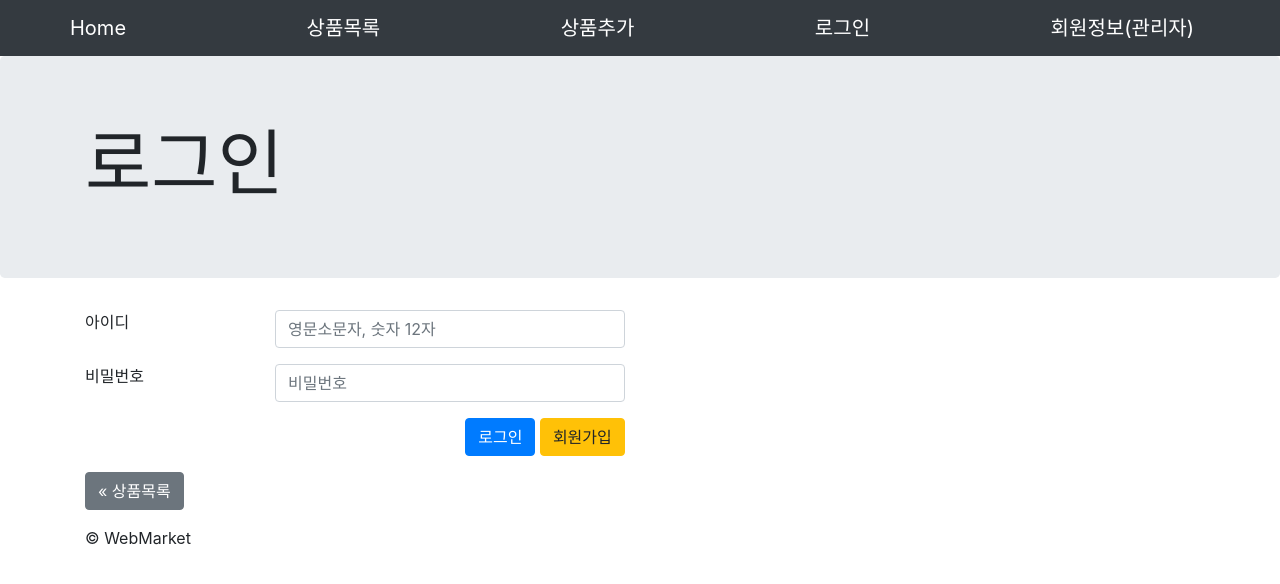
Repository: davisbyun/ai
Page: http://localhost/WebMarket/member/login.jsp
These files come from the project's save history. The page is drawn as it stood at one moment and after the next save; the edit follows.
The browser window is 1280 px wide. The pictures show the whole page.
The page is served by Tomcat 9. Other server files are loaded and not shown.

Above is the page before, as saved 2024-01-29 05:37:00.

### WebMarket/src/main/webapp/member/login.jsp
<%@ page language="java" contentType="text/html; charset=UTF-8"
    pageEncoding="UTF-8"%>
<%@ page import="java.net.*" %>
<!DOCTYPE html>
<html>
<head>
<meta charset="UTF-8">
<title> ./member/login.jsp </title>
<link rel="stylesheet" href="./css/bootstrap.min.css" />

</head>
<body>
  <jsp:include page="../menu.jsp"></jsp:include>
  <div class="jumbotron">
    <div class="container">
        <h1 class="display-3"> 로그인 </h1>
    </div>
  </div>
  <div class="container">
     <form action="processlogin.jsp"  name="login" class="form-horizontal"  method="post">

         <div class="form-group row">
            <label class="col-sm-2 f1"> 아이디 </label>
            <div class="col-sm-4">
                <input type="text" name="id" id="id" placeholder="영문소문자, 숫자 12자"  class="form-control">
            </div>
         </div>

         <div class="form-group row">
            <label class="col-sm-2 f1"> 비밀번호 </label>
            <div class="col-sm-4">
                <input type="password" name="pwd"  id="pwd"  placeholder="비밀번호" class="form-control">
            </div>
         </div>
                  <div class="form-group row">
            <div class="col-sm-offset-2  col-sm-10  col  text-center">
                <input type="submit"  class="btn btn-primary f1" value="로그인" >
               <a href="join.jsp" class="btn btn-warning">  회원가입 </a>
            </div>
         </div>

    </form>
  </div>

  <div class ="container">
     <p> <a href="products.jsp"  class="btn btn-secondary"> &laquo; 상품목록 </a>
  </div>
  <jsp:include page="../footer.jsp"></jsp:include>

</body>
</html>

### WebMarket/src/main/webapp/menu.jsp
<%@ page language="java" contentType="text/html; charset=UTF-8"
    pageEncoding="UTF-8"%>
<!DOCTYPE html>
<html>
<head>
<meta charset="UTF-8">
<title>Insert title here</title>
<link rel="stylesheet" href="https://cdn.jsdelivr.net/npm/bootstrap@4.0.0/dist/css/bootstrap.min.css" integrity="sha384-Gn5384xqQ1aoWXA+058RXPxPg6fy4IWvTNh0E263XmFcJlSAwiGgFAW/dAiS6JXm" crossorigin="anonymous">
</head>
<body>
	 <nav class="navbar navbar-expand navbar-dark bg-dark">
    <div class="container">
        <div class="navbar-header">
            <a class="navbar-brand" href="/WebMarket/welcome.jsp">Home</a>
        </div>
        <div class="navbar-header">
            <a class="navbar-brand" href="/WebMarket/products.jsp">상품목록</a>
        </div>
        <div class="navbar-header">
            <a class="navbar-brand" href="/WebMarket/addProduct.jsp">상품추가</a>
        </div>
        <div class="navbar-header">
             <a class="navbar-brand" href="/WebMarket/member/login.jsp">로그인</a>
         </div>
         <div class="navbar-header">
             <a class="navbar-brand" href="/WebMarket/member/memberInfo.jsp">회원정보(관리자)</a>
         </div>
     </div>
   </nav>
</body>
</html>

### WebMarket/src/main/webapp/footer.jsp
<%@ page language="java" contentType="text/html; charset=UTF-8"
    pageEncoding="UTF-8"%>
<!DOCTYPE html>
<html>
<head>
<meta charset="UTF-8">
<title>Insert title here</title>
 <link rel="stylesheet" href="https://cdn.jsdelivr.net/npm/bootstrap@4.0.0/dist/css/bootstrap.min.css" integrity="sha384-Gn5384xqQ1aoWXA+058RXPxPg6fy4IWvTNh0E263XmFcJlSAwiGgFAW/dAiS6JXm" crossorigin="anonymous">
</head>
<body>
     <footer class="container">
	    <p>&copy; WebMarket</p>
	 </footer>
</body>
</html>

Loaded but not shown: WebMarket/src/main/webapp/css/bootstrap.min.css (library)

After the next save:
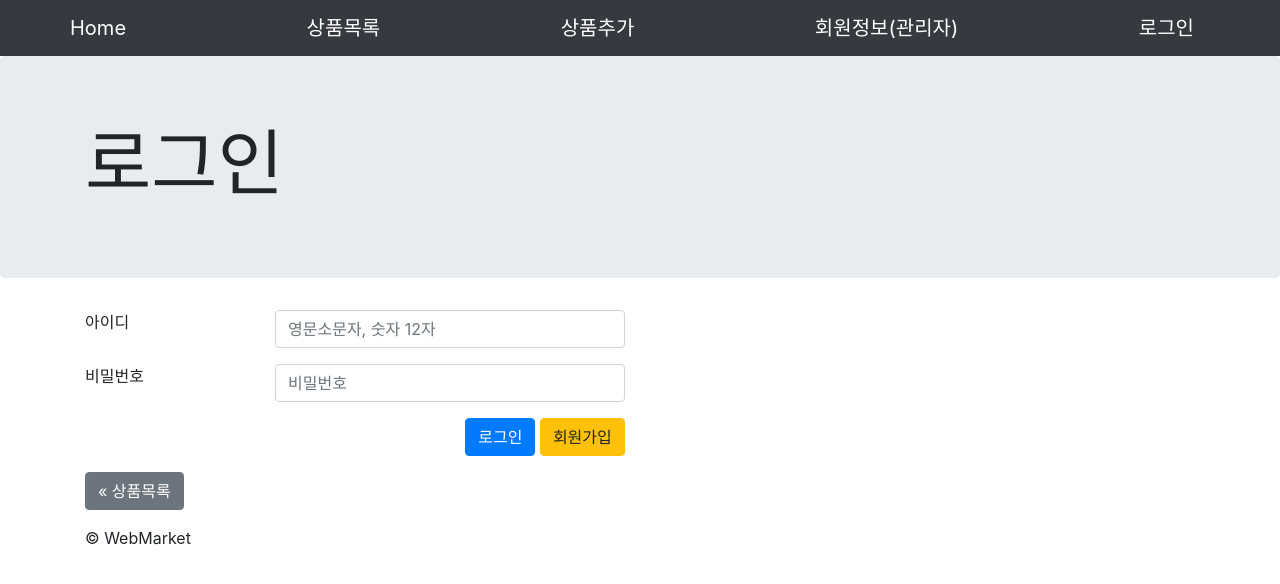
Saved 63 s later.
--- a/WebMarket/src/main/webapp/menu.jsp
+++ b/WebMarket/src/main/webapp/menu.jsp
@@ -20,10 +20,10 @@
             <a class="navbar-brand" href="/WebMarket/addProduct.jsp">상품추가</a>
         </div>
         <div class="navbar-header">
-             <a class="navbar-brand" href="/WebMarket/member/login.jsp">로그인</a>
+             <a class="navbar-brand" href="/WebMarket/member/memberInfo.jsp">회원정보(관리자)</a>
          </div>
          <div class="navbar-header">
-             <a class="navbar-brand" href="/WebMarket/member/memberInfo.jsp">회원정보(관리자)</a>
+             <a class="navbar-brand" href="/WebMarket/member/login.jsp">로그인</a>
          </div>
      </div>
    </nav>
